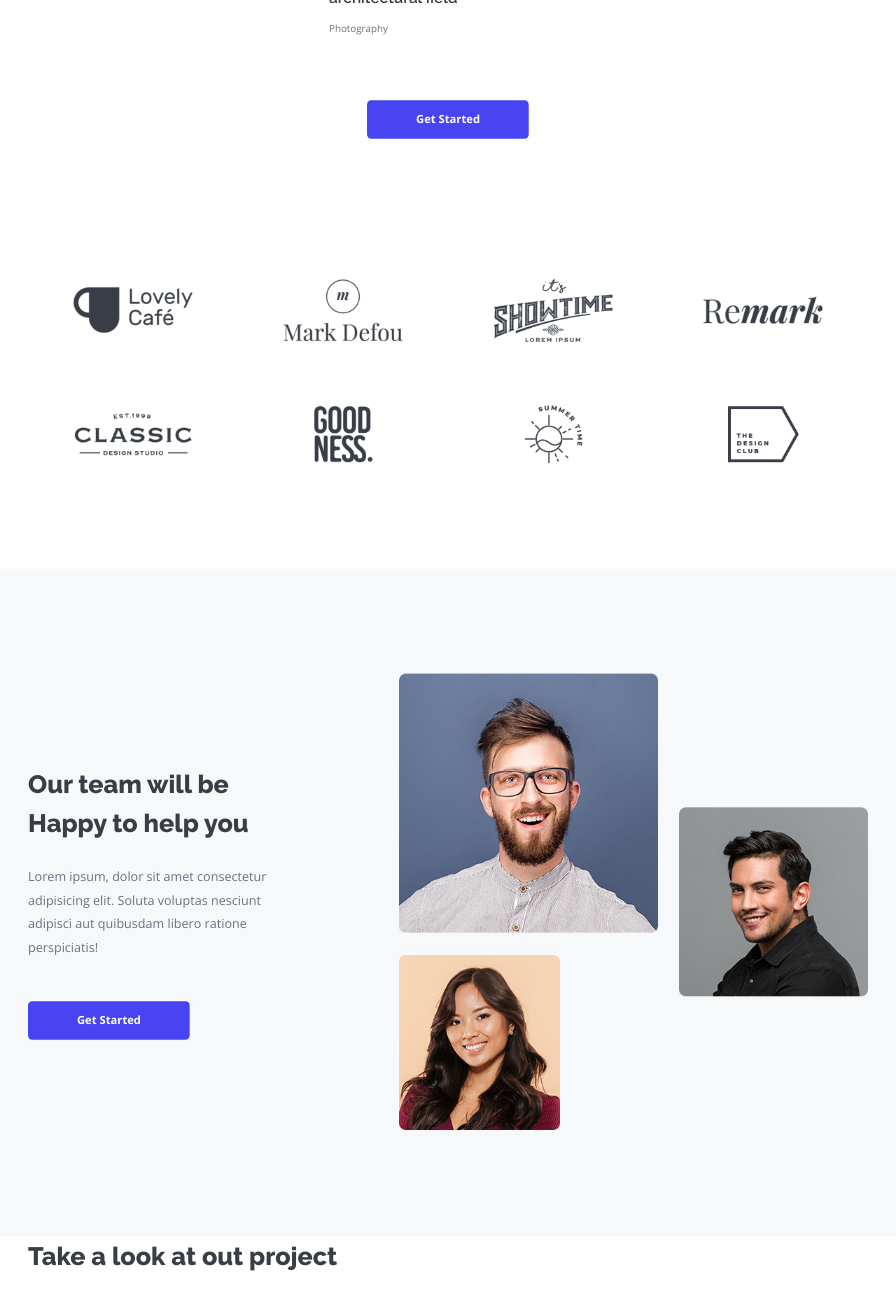
Repository: kate30980/LP-practiceoctavian
Page: index.html
These files come from the project's save history. The page is drawn as it stood at one moment and after the next save; the edit follows.
The browser window is 1280 px wide. The pictures show the part of the page from y = 3266 to 5186 px (the page is 5118 px tall before and 5186 px after), at 70% of full size.
The style sheet was rebuilt from its Sass, Less or Tailwind sources for each picture, by a compiler version that may differ from the author's.

Above is the page before, as saved 2021-08-25 16:38:51.

After the next save:
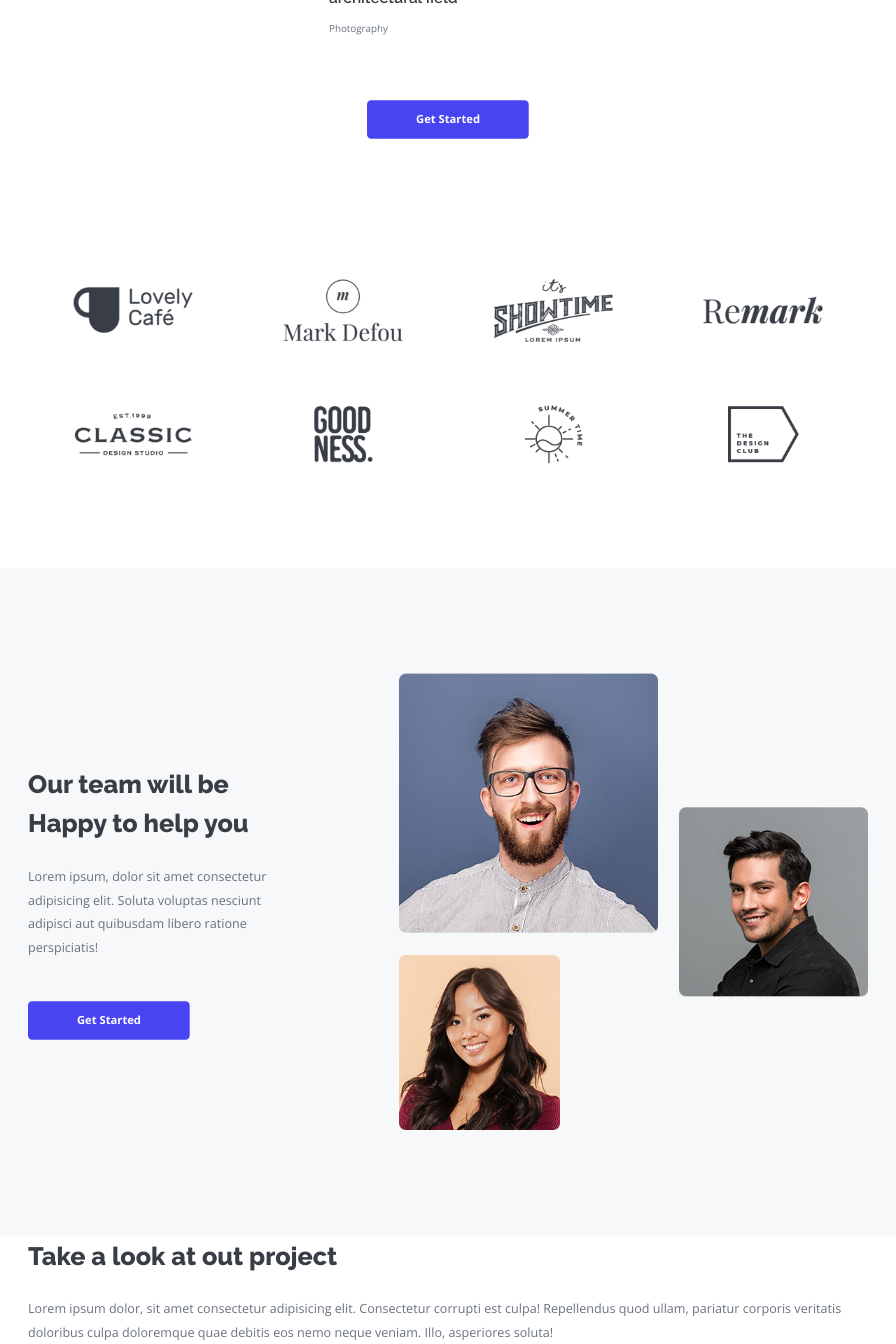
Saved 85 s later.
--- a/index.html
+++ b/index.html
@@ -186,6 +186,9 @@
             <div class="container">
                 <div class="blog-header">
                     <h2 class="blog-heading heading">Take a look at out project</h2>
+                    <p class="blog-desc text">Lorem ipsum dolor, sit amet consectetur adipisicing elit. Consectetur
+                        corrupti est culpa! Repellendus quod ullam, pariatur corporis veritatis doloribus culpa
+                        doloremque quae debitis eos nemo neque veniam. Illo, asperiores soluta!</p>
                 </div>
                 <div class="blog-list"></div>
             </div>
